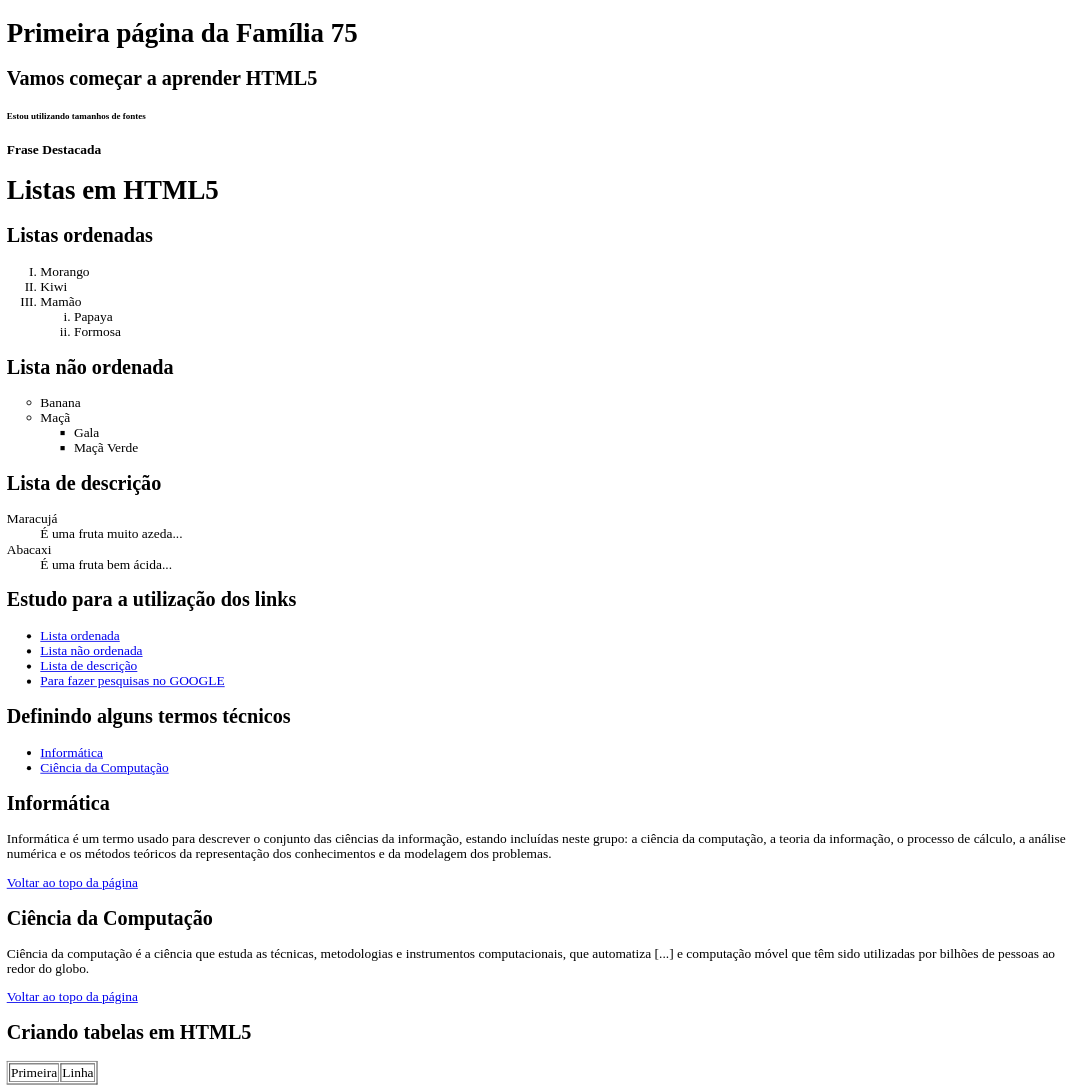
Repository: Thichi99/BootcampGen75
Page: Familia75/index.html
An editor plug-in stored every save of this project. The page is shown before and after a run of saves, followed by the edit.
The browser window is 1280 px wide. The pictures show the whole page, at 84% of full size.

Above is the page before, as saved 2024-07-26 11:38:12.

After the next 2 saves:
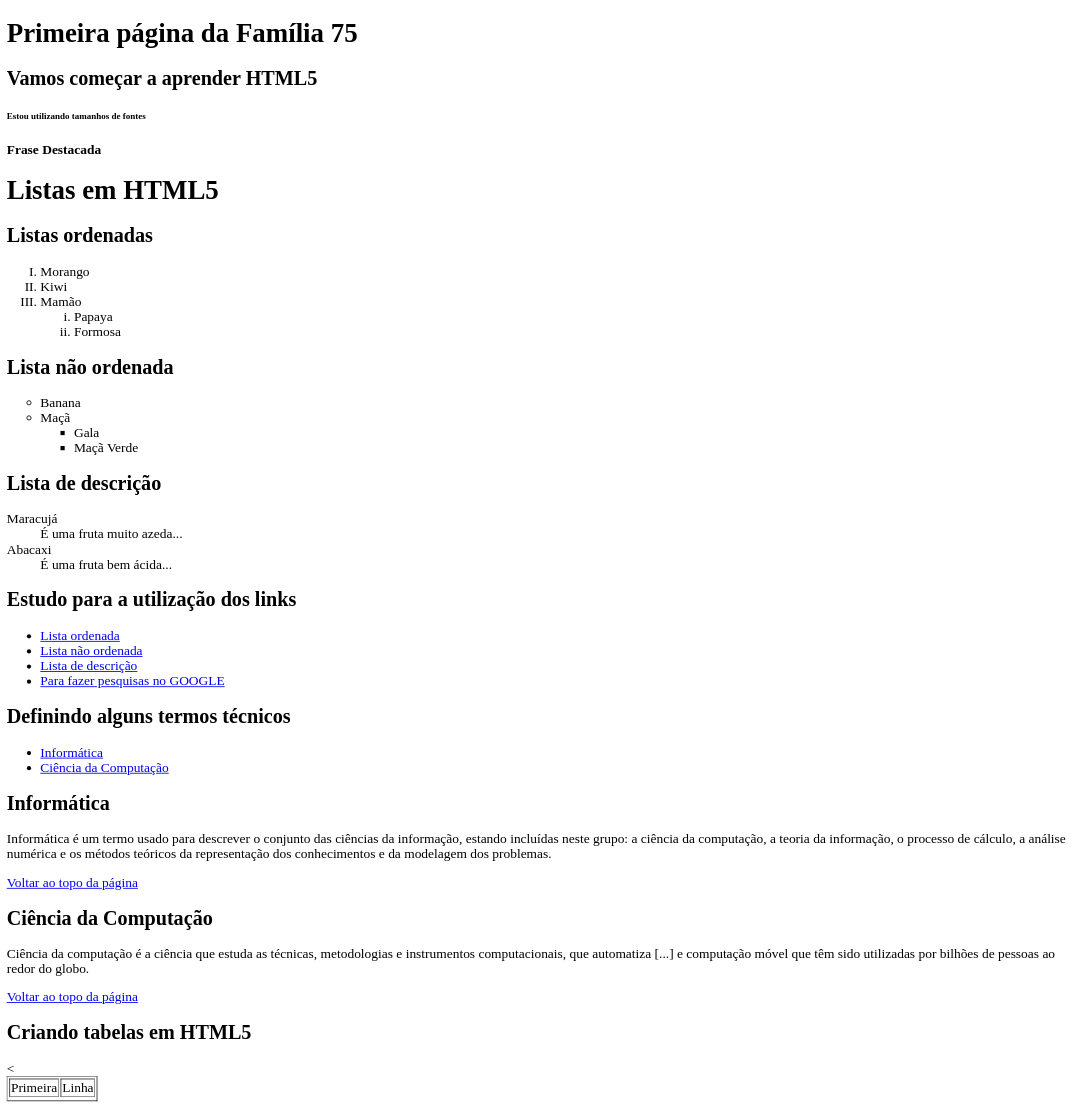
The 2 saves are shown as one change because they came seconds apart.
The last was saved 15 s later.
--- a/Familia75/index.html
+++ b/Familia75/index.html
@@ -84,6 +84,9 @@ pessoas ao redor do globo.
         <td>Primeira</td>
         <td>Linha</td>
     </tr>
+    <tr>
+        <
+    </tr>
    </table>
 </body>
 </html>
